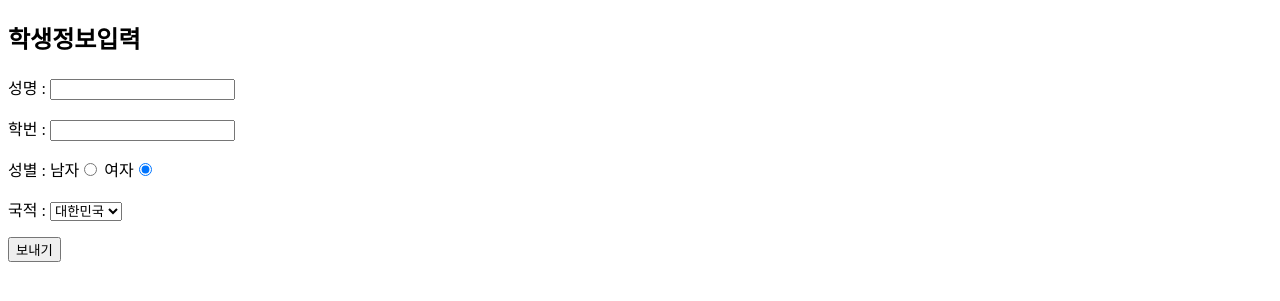
Repository: JuHyeon-S/21-1-Web-Back-end_Programming
Page: week07/week07/src/main/webapp/request.html
An editor plug-in stored every save of this project. The page is shown before and after the next save, followed by the edit.
The browser window is 1280 px wide. The pictures show the whole page.

Above is the page before, as saved 2021-04-18 20:38:47.

After the next save:
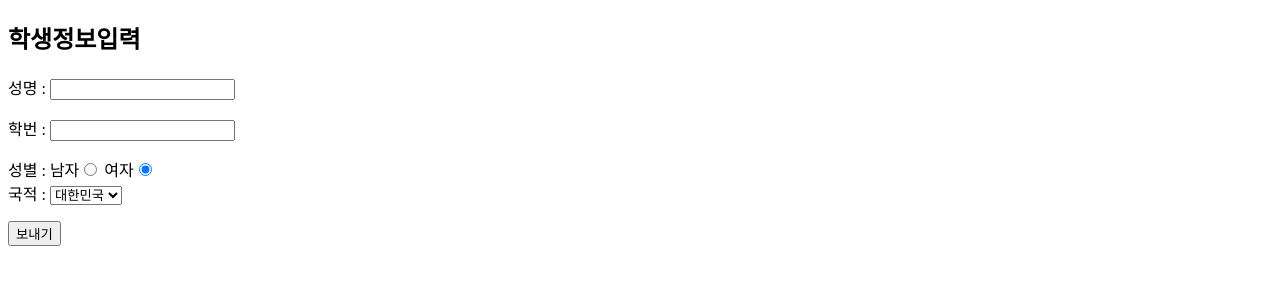
Saved 34 s later.
--- a/week07/week07/src/main/webapp/request.html
+++ b/week07/week07/src/main/webapp/request.html
@@ -11,7 +11,7 @@
 		학번 : <input type="text" name="studentNum"><p>
 		성별 : 남자<input type="radio" name="sex" value="man" checked>
 			  여자<input type="radio" name="sex" value="woman" checked><br>
-		<p>국적 : <select name="country">
+		국적 : <select name="country">
 				<option SELECTED value="대한민국">대한민국</option>
 				<option value="일본">일본</option>
 				<option value="중국">중국</option>

After the save that followed:
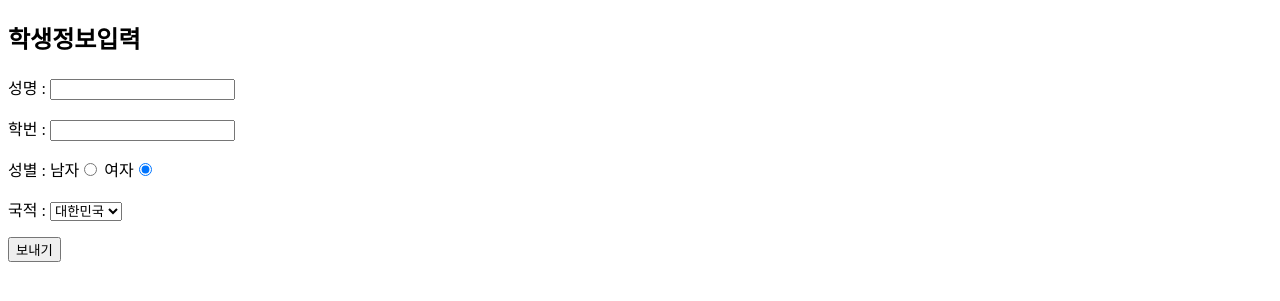
Saved 11 s later.
--- a/week07/week07/src/main/webapp/request.html
+++ b/week07/week07/src/main/webapp/request.html
@@ -10,7 +10,7 @@
 		성명 : <input type="text" name="name"><p>
 		학번 : <input type="text" name="studentNum"><p>
 		성별 : 남자<input type="radio" name="sex" value="man" checked>
-			  여자<input type="radio" name="sex" value="woman" checked><br>
+			  여자<input type="radio" name="sex" value="woman" checked><p>
 		국적 : <select name="country">
 				<option SELECTED value="대한민국">대한민국</option>
 				<option value="일본">일본</option>
